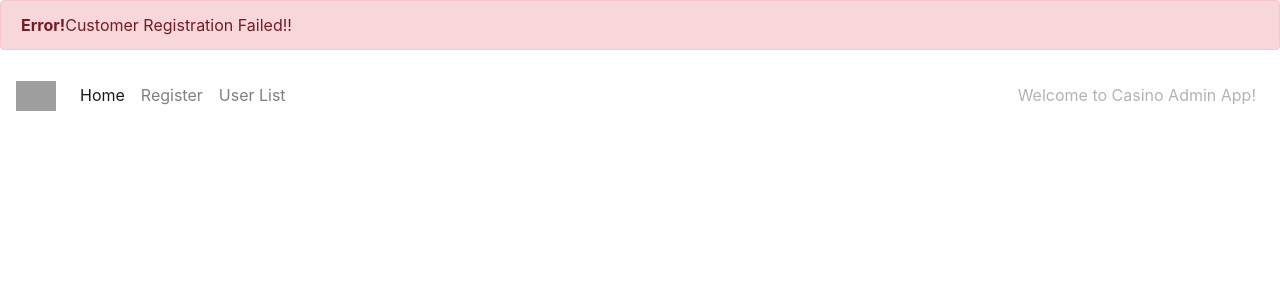
Repository: piyushrulesyou/CasinoGameApplication
Page: http://localhost/adminPanel/
The author's editor kept a copy of each file at every save. The page is drawn from the files as they stood at one save, then again after the next save.
The browser window is 1280 px wide. The pictures show the whole page.
Pictures or frames that could not be fetched are drawn as grey boxes. The page is served by Tomcat 9. Nobody is signed in. The application's start-up code is not run.

Above is the page before, as saved 2019-10-31 11:25:50.

After the next save:
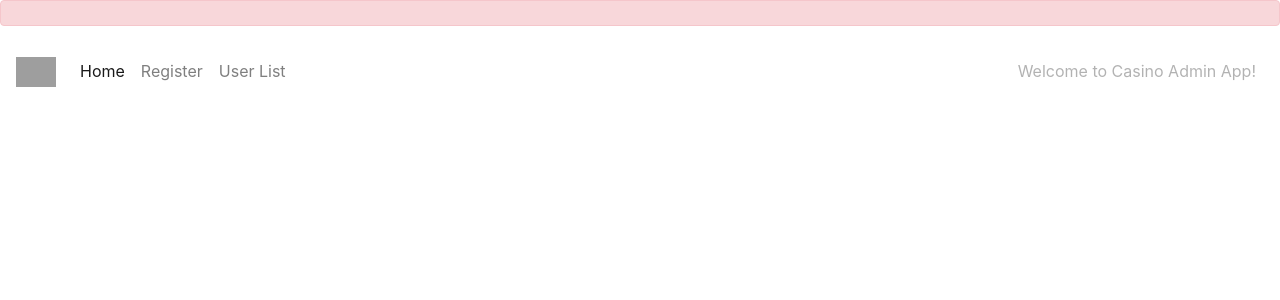
Saved 22 s later.
--- a/AdminPanel/adminPanel/src/main/webapp/index.jsp
+++ b/AdminPanel/adminPanel/src/main/webapp/index.jsp
@@ -34,7 +34,7 @@
 
 	<c:if test="${!statusMessage}">
 		<div class="alert alert-danger">
-			<strong>Error!</strong>Customer Registration Failed!!
+
 		</div>
 	</c:if>
 
